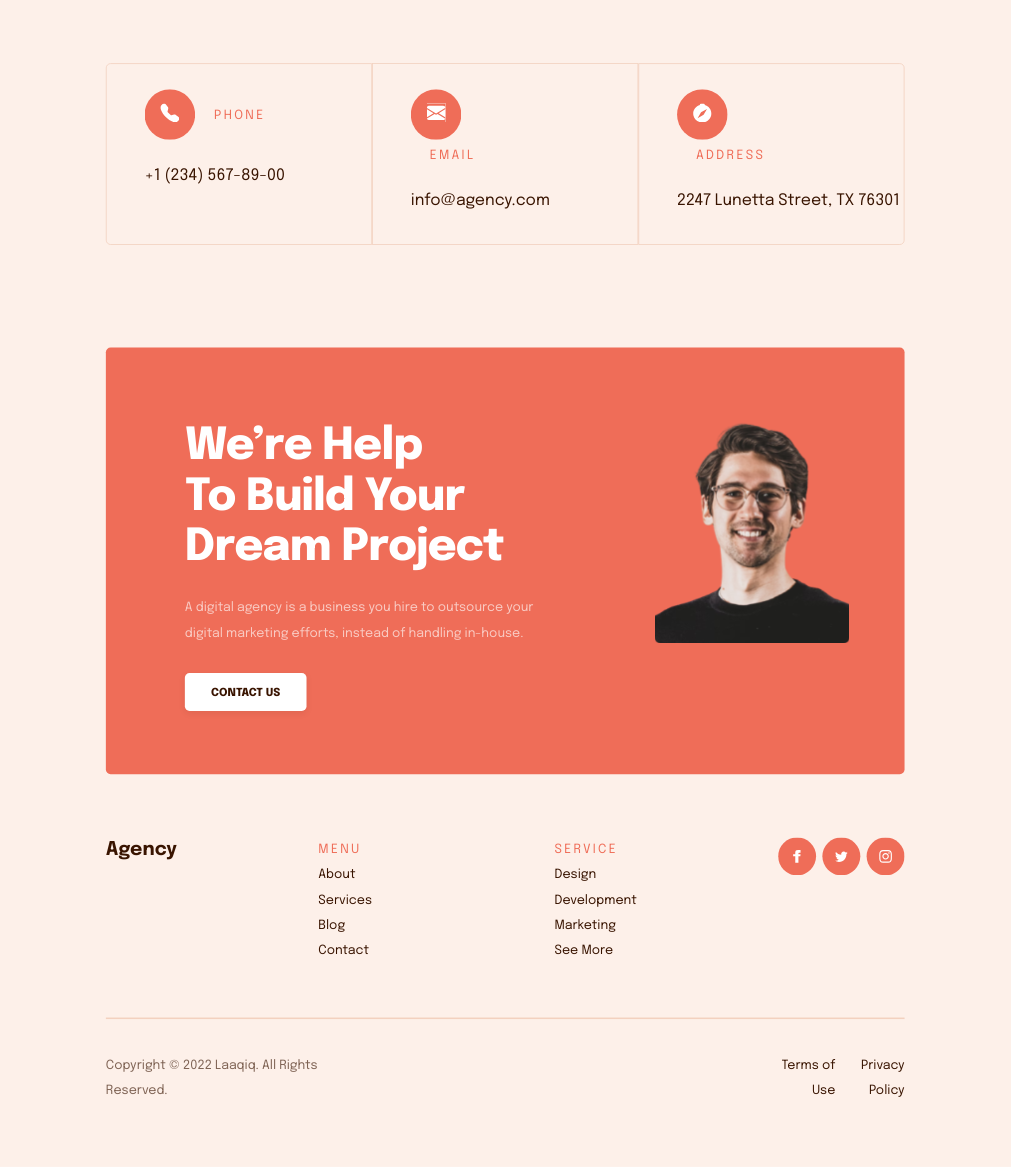
Repository: NatiqSamiyev/image-task
Page: agency/index.html
The author's editor kept a copy of each file at every save. The page is drawn from the files as they stood at one save, then again after the next save.
The browser window is 1280 px wide. The pictures show the whole page, at 79% of full size.

Above is the page before, as saved 2023-09-05 11:22:23.

### agency/index.html
<!DOCTYPE html>
<html lang="en">
  <head>
    <meta charset="UTF-8" />
    <meta name="viewport" content="width=device-width, initial-scale=1.0" />
    <title>Document</title>
    <link rel="stylesheet" href="index.css" />
  </head>
  <body>
    <div class="agency-container">
      <div class="top-container">
        <ul>
          <li>
            <div class="collaj-box">
              <div class="image-box">
                <img class="image-1" src="/image/Oval (5).svg" alt="" />
                <img class="image-2" src="/image/Path.svg" alt="" />

              </div>
              <h1>Phone</h1>
            </div>


            <p>+1 (234) 567-89-00</p>
          </li>

          <li>
            <div>
              <img class="image-1" src="/image/Oval (5).svg" alt="" />
              <h1>EMail</h1>
            </div>

            <img class="image-2" src="/image/Shape (4).svg" alt="" />

            <p>info@agency.com</p>
          </li>

          <li>
            <div>
              <img class="image-1" src="/image/Oval (5).svg" alt="" />
              <h1>Address</h1>
            </div>

            <img class="image-2" src="/image/Shape (5).svg" alt="" />

            <p>2247 Lunetta Street, TX 76301</p>
          </li>
        </ul>
      </div>

      <div class="center-container">
        <div class="text-box">
          <h2>
            We’re Help <br />
            To Build Your Dream Project
          </h2>

          <p>
            A digital agency is a business you hire to outsource your digital
            marketing efforts, instead of handling in-house.
          </p>

          <button>
            <a href="#">CONTACT US</a>
          </button>
        </div>

        <div class="image-box">
          <img src="../image/Bitmap (5).svg" alt="" />
        </div>
      </div>

      <div class="bottom-container">
        <div class="box-1">
          <h3>Agency</h3>

          <ul>
            <li>
              <h4>Menu</h4>
              <p>
                About <br />
                Services <br />
                Blog <br />
                Contact
              </p>
            </li>

            <li>
              <h4>Service</h4>
              <p>
                Design <br />
                Development <br />
                Marketing <br />
                See More
              </p>
            </li>
          </ul>

          <img src="../image/social.svg" alt="" />
        </div>

        <div class="box-2">
          <hr />

          <div>
            <p>Copyright © 2022 Laaqiq. All Rights Reserved.</p>
            <h5>Terms of Use</h5>
            <h6>Privacy Policy</h6>
          </div>
        </div>
      </div>
    </div>
  </body>
</html>

### agency/index.css
@import url("https://fonts.googleapis.com/css2?family=Epilogue:wght@400;700;800&family=Roboto+Slab:wght@700&family=Roboto:wght@400;700&display=swap");
* {
  margin: 0;
  padding: 0;
  box-sizing: border-box;
}

.agency-container {
  width: 100%;
  padding: 80px 135px 80px 134px;
  background: #fdf0e9;
}

.agency-container .top-container ul {
  display: flex;
}

.agency-container .top-container ul li {
  list-style-type: none;
  padding: 32px 0 38px 48px;
  width: 33.33%;
  border-radius: 6px 0px 0px 6px;
  border: 1px solid #f3d1bf;
  position: relative;
}

.agency-container .top-container ul li:nth-child(2) {
  border: 1px solid #f3d1bf;
  background: #fdf0e9;
  border-radius: 0;
}

.agency-container .top-container ul li:last-child {
  border-radius: 0px 6px 6px 0px;
  border: 1px solid #f3d1bf;
}

.agency-container .top-container ul li .collaj-box {
  display: flex;
  align-items: center;

}
.agency-container .top-container ul li .

.agency-container .top-container ul li div .image-1 {
  width: 64px;
  height: 64px;
  position: relative;
}

.agency-container .top-container ul li .image-2 {
  width: 24px;
  height: 24px;
  position: absolute;
  left: 68px;
  top: 50px;
}

.agency-container .top-container ul li div h1 {
  margin-left: 24px;
  color: var(--Text_Dark_Accent, #ef6d58);
  font-feature-settings: "clig" off, "liga" off;
  font-family: Epilogue;
  font-size: 16px;
  font-style: normal;
  font-weight: 400;
  line-height: 32px;
  letter-spacing: 3px;
  text-transform: uppercase;
}

.agency-container .top-container ul li p {
  margin-top: 26px;
  color: var(--Text_Dark, #391400);
  font-feature-settings: "clig" off, "liga" off;
  font-family: Epilogue;
  font-size: 20px;
  font-style: normal;
  font-weight: 400;
  line-height: 32px;
}

.agency-container .center-container {
  margin-top: 130px;
  width: 100%;
  padding: 94px 70px 80px 100px;
  border-radius: 6px;
  background: #ef6d58;
  display: flex;
  justify-content: space-between;
}

.agency-container .center-container .text-box {
  width: 470px;
}

.agency-container .center-container .text-box h2 {
  width: 405px;
  color: var(--Text_Light, #fff);
  font-feature-settings: "clig" off, "liga" off;
  font-family: Epilogue;
  font-size: 56px;
  font-style: normal;
  font-weight: 800;
  line-height: 64px;
  letter-spacing: -1px;
}

.agency-container .center-container .text-box p {
  margin-top: 28px;
  color: var(--Text_Light_Gray, rgba(255, 255, 255, 0.64));
  font-feature-settings: "clig" off, "liga" off;
  font-family: Epilogue;
  font-size: 16px;
  font-style: normal;
  font-weight: 400;
  line-height: 32px;
}

.agency-container .center-container .text-box button {
  margin-top: 34px;
  width: 154px;
  height: 48px;
  border-radius: 6px;
  background: #fff;
  box-shadow: 0px 3px 9px 0px rgba(57, 20, 0, 0.08);
  border: none;
}

.agency-container .center-container .text-box button a {
  text-decoration: none;
  color: #391400;
  text-align: center;
  font-family: Epilogue;
  font-size: 14px;
  font-style: normal;
  font-weight: 800;
  line-height: normal;
  text-transform: uppercase;
}

.agency-container .center-container .image-box img {
  width: 246px;
  height: 280px;
}

.agency-container .bottom-container {
  width: 100%;
  margin-top: 80px;
}

.agency-container .bottom-container .box-1 {
  display: flex;
  justify-content: space-between;
}

.agency-container .bottom-container .box-1 h3 {
  color: var(--Text_Dark, #391400);
  font-feature-settings: "clig" off, "liga" off;
  font-family: Epilogue;
  font-size: 24px;
  font-style: normal;
  font-weight: 700;
  line-height: 32px;
}

.agency-container .bottom-container .box-1 ul {
  display: flex;
}

.agency-container .bottom-container .box-1 ul li {
  list-style-type: none;
}

.agency-container .bottom-container .box-1 ul li h4 {
  color: var(--Text_Dark_Accent, #ef6d58);
  font-feature-settings: "clig" off, "liga" off;
  font-family: Epilogue;
  font-size: 16px;
  font-style: normal;
  font-weight: 400;
  line-height: 32px;
  letter-spacing: 3px;
  text-transform: uppercase;
}

.agency-container .bottom-container .box-1 ul li p {
  color: var(--Text_Dark, #391400);
  font-feature-settings: "clig" off, "liga" off;
  font-family: Epilogue;
  font-size: 16px;
  font-style: normal;
  font-weight: 400;
  line-height: 32px;
}

.agency-container .bottom-container .box-1 ul li:last-child {
  margin-left: 231px;
}

.agency-container .bottom-container .box-1 img {
  width: 160px;
  height: 48px;
}

.agency-container .bottom-container .box-2 {
  margin-top: 68px;
}

.agency-container .bottom-container .box-2 hr {
  width: 100%;
  height: 2px;
  background: #f3d1bf;
  border: none;
}

.agency-container .bottom-container .box-2 div {
  margin-top: 43px;
  display: flex;
  justify-content: space-between;
}

.agency-container .bottom-container .box-2 div p {
  color: var(--Text_Dark_Gray, rgba(57, 20, 0, 0.64));
  font-feature-settings: "clig" off, "liga" off;
  font-family: Epilogue;
  font-size: 16px;
  font-style: normal;
  font-weight: 400;
  line-height: 32px;
}

.agency-container .bottom-container .box-2 div h5 {
  margin-left: 544px;
  color: var(--Text_Dark, #391400);
  text-align: right;
  font-feature-settings: "clig" off, "liga" off;
  font-family: Epilogue;
  font-size: 16px;
  font-style: normal;
  font-weight: 400;
  line-height: 32px;
}

.agency-container .bottom-container .box-2 div h6 {
  color: var(--Text_Dark, #391400);
  text-align: right;
  font-feature-settings: "clig" off, "liga" off;
  font-family: Epilogue;
  font-size: 16px;
  font-style: normal;
  font-weight: 400;
  line-height: 32px;
}

After the next save:
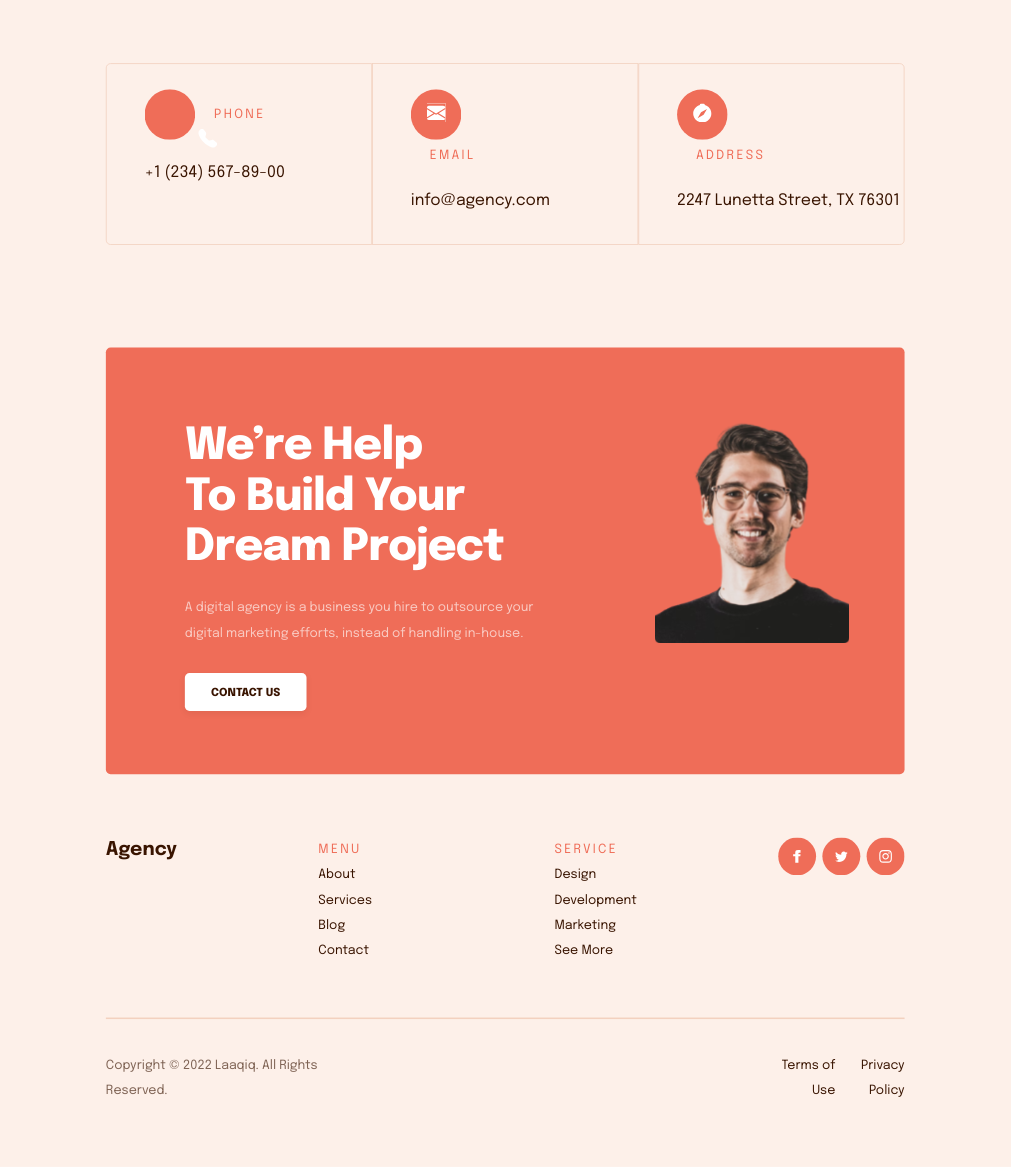
Saved 8 s later.
--- a/agency/index.css
+++ b/agency/index.css
@@ -40,7 +40,11 @@
   align-items: center;
 
 }
-.agency-container .top-container ul li .
+.agency-container .top-container ul li .image-box{
+  width: 64px;
+  height: 64px;
+  position: relative;
+}
 
 .agency-container .top-container ul li div .image-1 {
   width: 64px;
